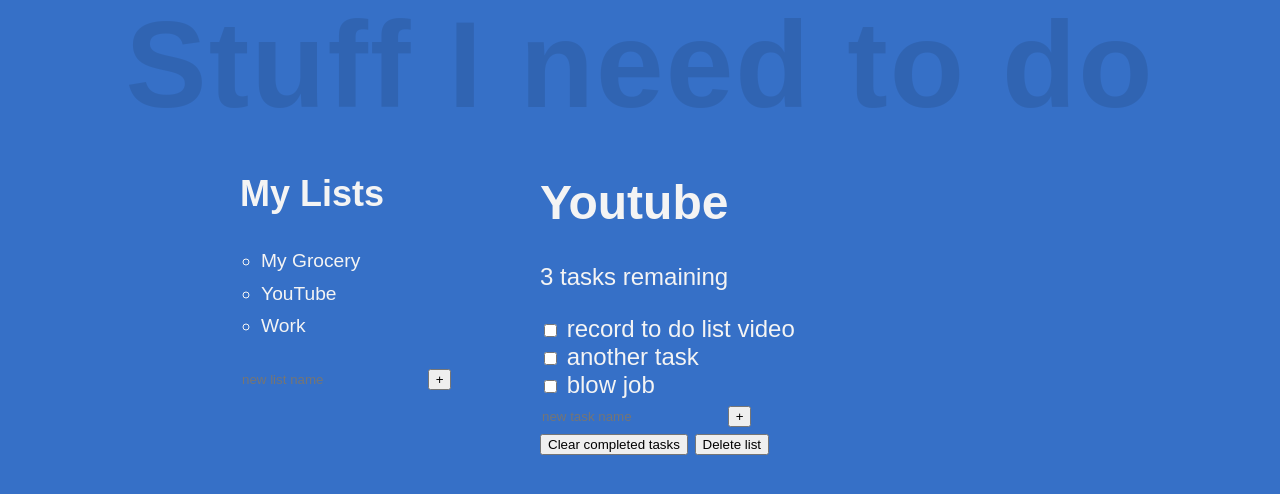
Repository: MohammadMazloum123/To-Do-List-App-
Page: index.html
An editor plug-in stored every save of this project. The page is shown before and after a run of saves, followed by the edit.
The browser window is 1280 px wide. The pictures show the whole page.

Above is the page before, as saved 2024-02-15 12:40:54.

### index.html
<!DOCTYPE html>
<html lang="en">
<head>
    <meta charset="UTF-8">
    <meta name="viewport" content="width=device-width, initial-scale=1.0">
    <title>To-Do List</title>
    <link rel="stylesheet" href="styles.css">
</head>
<body>
    <h1 class="title">Stuff I need to do</h1>
    <div class="all-tasks">
        <h2 class="task-list-title">My Lists</h2>
        <ul class="task-list">
            <li class="active-list">My Grocery</li>
            <li>YouTube</li>
            <li>Work</li>
        </ul>
        <form>
            <input type="text" class="new list" placeholder="new list name" aria-label="new list name">
            <button class="btn list" aria-label="create new list">+</button>
        </form>
    </div>
    <div class="todo-list">
        <div class="todo-header">
            <h1 class="list-title">Youtube</h1>
            <p class="task-count">3 tasks remaining</p>
        </div>
        <div class="todo-body">
            <div class="tasks">
                <div class="task">
                    <input type="checkbox" id="task-1">
                    <label for="task-1">
                        <span class="custom-checkbox"></span>
                        record to do list video
                    </label>
                </div>
                <!--Task 1-->
                <div class="task">
                    <input type="checkbox" id="task-2">
                    <label for="task-2">
                        <span class="custom-checkbox"></span>
                        another task
                    </label>
                </div>
                <!--Task 2-->
                <div class="task">
                    <input type="checkbox" id="task-3">
                    <label for="task-3">
                        <span class="custom-checkbox"></span>
                        blow job
                    </label>
                </div>
                <!--Task 3-->
            </div>
            <div class="new-task-creator">
                <form>
                    <input type="text" class="new list" placeholder="new task name" aria-label="new task name">
                    <button class="btn task" aria-label="create new task">+</button>
                </form>
            </div>
            <div class="delete-stuff">
                <button class="btn delete">Clear completed tasks</button>
                <button class="btn delete">Delete list</button>
            </div>
        </div>
    </div>

</body>
</html>

### styles.css
:root{
    --clr-primary: rgb(54, 112, 199);
    --clr-light: #f4f4f4;
    --clr-dark:#333;
    --clr-warning: rgb(99, 36, 36);
}
*,
*::before,
*::after{
    font-family: inherit;
    box-sizing: border-box;
}

body{
    margin: 0;
    font-family: "Work Sans", sans-serif;
    font-weight: 300;
    font-size: 1.5rem;
    background-color: var(--clr-primary);
    color: var(--clr-light);
    display: grid;
    grid:
        "header header header header" auto
        "...... lists active ......" auto /
        1fr minmax(100px, 300px) minmax(250px, 500px) 1fr;
}
.title{
    grid-area: header;
    text-align: center;
    font-weight: 800;
    font-size: calc(7vw + 2rem);
    color: rgba(0, 0, 0, .1);
    margin: -.3rem 0 0.5rem;
    letter-spacing: 2px;
}
.new{
    background: transparent;
    border: 0;
    color: inherit;
    outline: none;
    border-bottom: ;
}

.all-tasks{
    grid-area: lists;
}
.task-list{
    line-height: 1.7;
    list-style: circle;
    font-size: 1.2rem;
    padding-left: 1.1em;
}

.todo-list{
    grid-area: active;
}

After the next 6 saves:
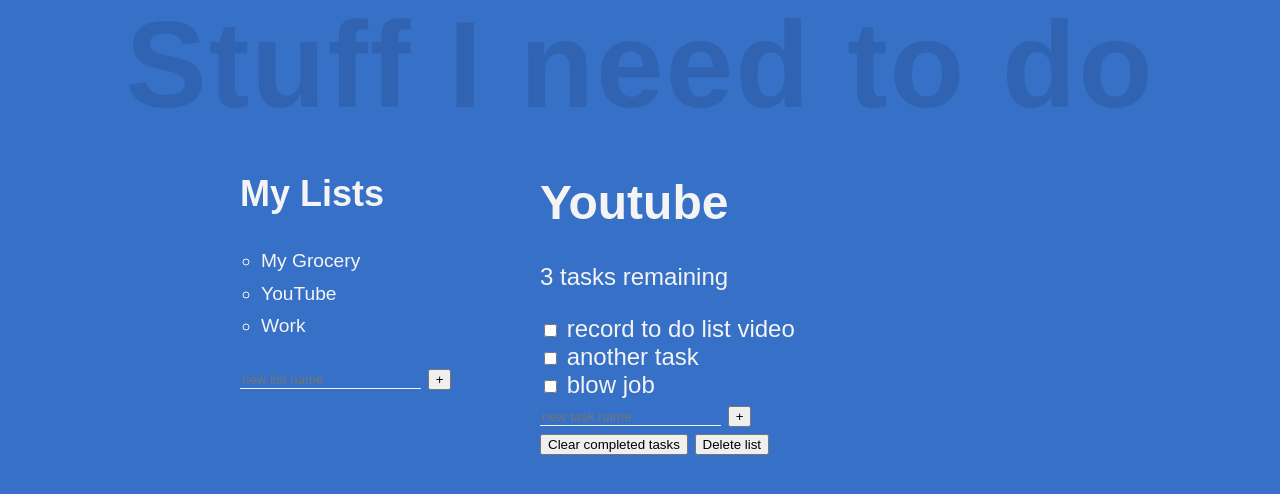
The 6 saves are shown as one change because they came seconds apart.
The last was saved 15 s later.
--- a/styles.css
+++ b/styles.css
@@ -38,7 +38,8 @@ body{
     border: 0;
     color: inherit;
     outline: none;
-    border-bottom: ;
+    border-bottom: 1px solid currentColor;
+    transition: border;
 }
 
 .all-tasks{
